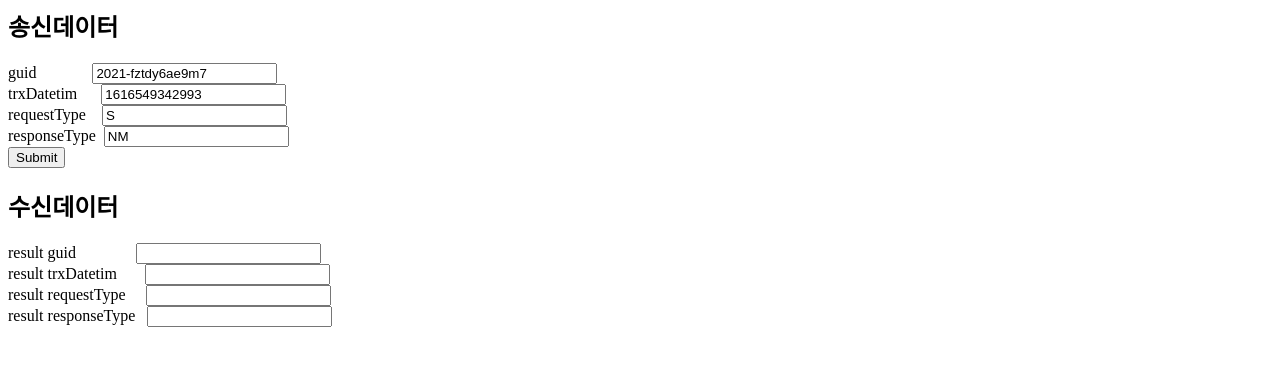
Repository: kchan75/kakaobank
Page: inserver/src/main/resources/static/index.html
The author's editor kept a copy of each file at every save. The page is drawn from the files as they stood at one save, then again after the next save.
The browser window is 1280 px wide. The pictures show the whole page.

Above is the page before, as saved 2021-03-24 07:06:18.

### inserver/src/main/resources/static/index.html
<html>
<head>
<title>test</title>
<script language="javascript">
	function setData(){
		  var time= new Date(); //시간받기위해서 new date
		  document.getElementById("trxDatetim").value=time.getTime();
		  document.getElementById("guid").value=time.getFullYear() + "-"+  Math.random().toString(36).substr(2,11);
		}
</script>
</head>

<body >
	<h2>송신데이터</h2>
	<div text="common" id="sendCommon"></div>
	<div id="sendbiz"></div>


	<form id="formElem">
		<label> guid&nbsp; &nbsp; &nbsp; &nbsp; &nbsp;&nbsp; &nbsp;&nbsp; </label><input type="text" name="guid" id="guid" value="2021-fztdy6ae9m7">
		<br/>
		<label> trxDatetim &nbsp; &nbsp;&nbsp; </label> <input type="text" name="trxDatetim" id="trxDatetim" value="1616549342993">
		<br/>
		<label> requestType&nbsp; &nbsp; </label> <input type="text" name="requestType" value="S">
		<br/>
		<label> responseType&nbsp;  </label> <input type="text" name="responseType" value="NM">
		<br/>
		<input type="submit" onclick="setData()">
	</form>

	<h2>수신데이터</h2>
	<div id="resCommon"></div>
	<div id="resBiz"></div>
	<div id="resBizout"></div>
	<form id="formElem2">
		<label> result guid&nbsp;&nbsp;&nbsp;&nbsp;&nbsp;&nbsp; &nbsp; &nbsp; &nbsp;&nbsp;&nbsp;&nbsp;</label><input type="text" name="rGuid" id="rGuid" value="">
		<br/>
		<label> result trxDatetim &nbsp;&nbsp;&nbsp;&nbsp;&nbsp;</label> <input type="text" name="rTrxDatetim" id="rTrxDatetim" value="">
		<br/>
		<label> result requestType &nbsp; &nbsp; </label> <input type="text" name="rRequestType" id="rRequestType" >
		<br/>
		<label> result responseType &nbsp;  </label> <input type="text" name="rResponseType" id="rResponseType">
		<br/>
	</form>

</body>

<script>
    formElem.onsubmit = async (e) => {
      e.preventDefault();
      var form = document.querySelector("#formElem");
     // var form = document.forms[0];


        data = {
          "common":
          {
        	  guid : form.querySelector('input[name="guid"]').value,
        	  trxDatetim : form.querySelector('input[name="trxDatetim"]').value,
        	  requestType : form.querySelector('input[name="requestType"]').value,
        	  responseType : form.querySelector('input[name="responseType"]').value
          },
	      "biz":
	      {
	      	  service : "testService",
	      	  inputData : "INDATA",
	      	  outputData : "OUTDATA"
	      }
        }
		document.querySelector("#sendCommon").innerText=JSON.stringify(data.common)
		document.querySelector("#sendBiz").innerText=JSON.stringify(data.biz)

        let response = fetch('http://localhost:8080/kchan', {
                method: 'POST', // or 'PUT'
                headers: {
                    'Content-Type': 'application/json',
                    'Access-Control-Allow-Origin':'*'
                },
                body: JSON.stringify(data),
        }).then(response => response.json())
          .then(data => {
        	  //document.querySelector("#div").innerHTML = data;
        	  //console.log(data.common.guid);
        	  //console.log(data.common.trxDatetim);
        	  //console.log(data.common.requestType);
        	  //console.log(data.common.responseType);
        	  document.getElementById("rGuid").value=data.common.guid
        	  document.getElementById("rTrxDatetim").value=data.common.trxDatetim
        	  document.getElementById("rRequestType").value=data.common.requestType
        	  document.getElementById("rResponseType").value=data.common.responseType
        	  document.querySelector("#resCommon").innerText=JSON.stringify(data.common)
        	  document.querySelector("#resBiz").innerText=JSON.stringify(data.biz)
        	  document.querySelector("#resBizout").innerText=JSON.stringify(data.bizout)

          })

    };
</script>
</html>

After the next save:
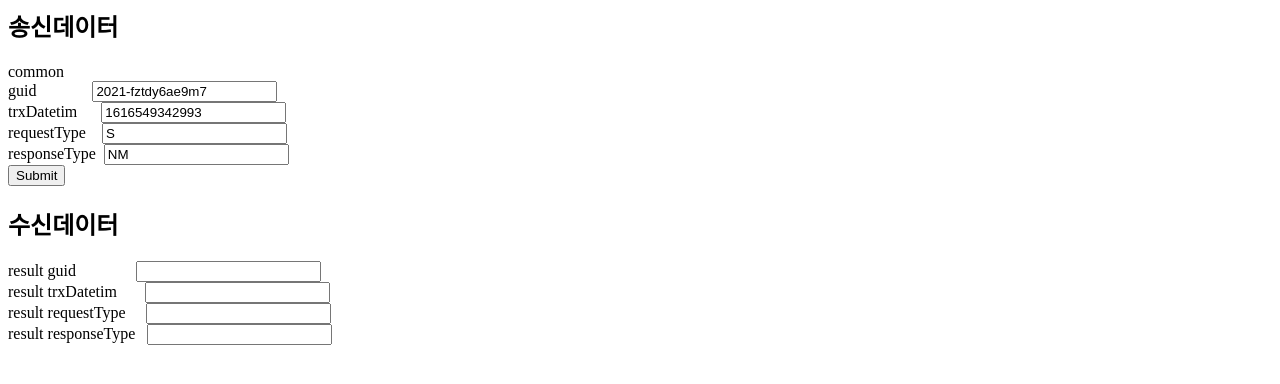
Saved 63 s later.
--- a/inserver/src/main/resources/static/index.html
+++ b/inserver/src/main/resources/static/index.html
@@ -12,7 +12,7 @@
 
 <body >
 	<h2>송신데이터</h2>
-	<div text="common" id="sendCommon"></div>
+	<div id="sendCommon">common</div>
 	<div id="sendbiz"></div>
 
 

After the save that followed:
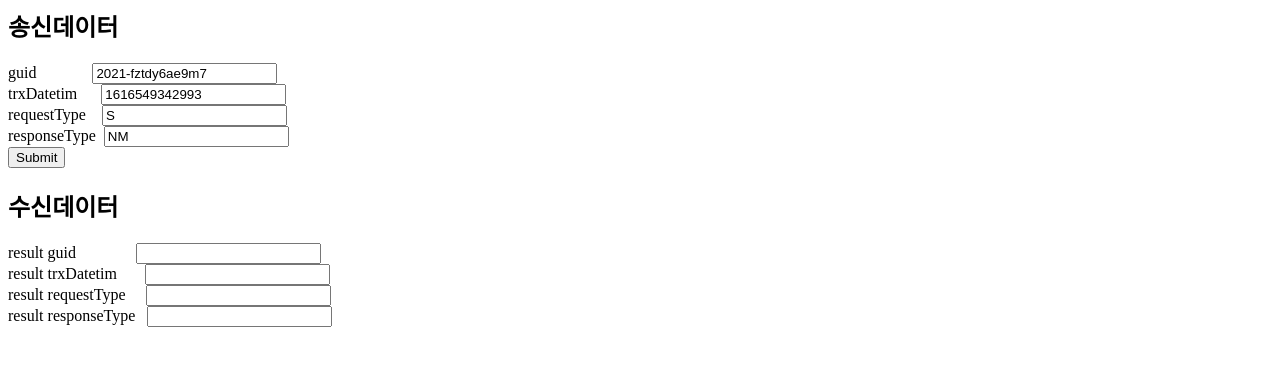
Saved 13 s later.
--- a/inserver/src/main/resources/static/index.html
+++ b/inserver/src/main/resources/static/index.html
@@ -12,7 +12,7 @@
 
 <body >
 	<h2>송신데이터</h2>
-	<div id="sendCommon">common</div>
+	<div id="sendCommon"></div>
 	<div id="sendbiz"></div>
 
 
